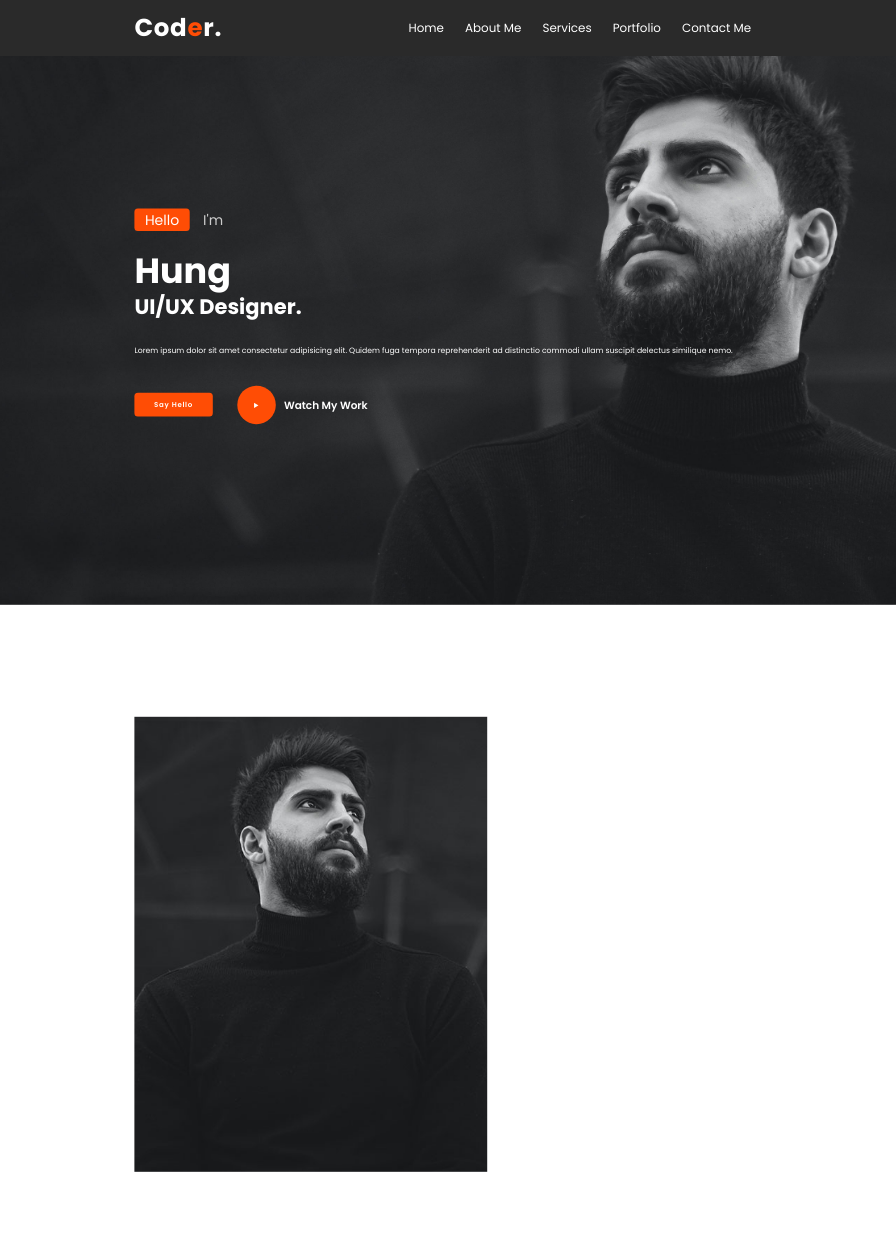
Repository: HungNg99/Protifolio2
Page: Portfolio/index.html
The author's editor kept a copy of each file at every save. The page is drawn from the files as they stood at one save, then again after the next save.
The browser window is 1280 px wide. The pictures show the whole page, at 70% of full size.

Above is the page before, as saved 2022-12-09 10:18:17.

### Portfolio/index.html
<!DOCTYPE html>
<html lang="en">

<head>
    <meta charset="UTF-8">
    <meta http-equiv="X-UA-Compatible" content="IE=edge">
    <meta name="viewport" content="width=device-width, initial-scale=1.0">
    <title>Portfolio</title>
    <link rel="stylesheet" href="./reset.css">
    <link rel="stylesheet" href="./style.css">
    <link rel="stylesheet" href="https://cdnjs.cloudflare.com/ajax/libs/font-awesome/6.2.1/css/all.min.css"
        integrity="sha512-MV7K8+y+gLIBoVD59lQIYicR65iaqukzvf/nwasF0nqhPay5w/9lJmVM2hMDcnK1OnMGCdVK+iQrJ7lzPJQd1w=="
        crossorigin="anonymous" referrerpolicy="no-referrer" />

        <link rel="stylesheet"
        href="https://unpkg.com/boxicons@latest/css/boxicons.min.css">

    <link
        href="https://fonts.googleapis.com/css2?family=Montserrat:wght@800&family=Poppins:ital,wght@0,300;0,400;0,600;0,700;1,600&family=Roboto:wght@300;500&display=swap"
        rel="stylesheet">
</head>

<body>
    <!-- header design-->
    <header>
        <a href="#" class="logo">Cod<span>e</span>r.</a>
        <ul class="nav-list">
            <li><a href="#home" class="nav-link">
                    Home
                </a></li>
            <li><a href="#about" class="nav-link">
                    About Me
                </a></li>
            <li><a href="#services" class="nav-link">
                    Services
                </a></li>
            <li><a href="#portfolio" class="nav-link">
                    Portfolio
                </a></li>
            <li><a href="#contact" class="nav-link">
                    Contact Me
                </a></li>
        </ul>

        <div class="bx bx-menu" id="menu-icon">
        </div>
    </header>

    <!-- home section design -->
    <section class="home" id="home">
       <div class="home-text">
        <div class="slide">
            <span class="one">Hello</span>
            <span class="two">I'm</span>
        </div>
        <h1>Hung</h1>
        <h3>UI/UX <span>Designer.</span> </h3>
        <p>Lorem ipsum dolor sit amet consectetur adipisicing elit. Quidem fuga tempora reprehenderit ad distinctio commodi ullam suscipit delectus similique nemo.</p>
        <div class="button">
            <a href="#" class="btn">Say Hello</a>
            <a href="#" class="btn2"><span><i class='bx bx-play'></i>Watch My Work</span></a>
        </div>
       </div>
    </section>

    <!-- about section design -->
    <section class="about" id="about">
        <div class="about-img">
            <img src="./img/about.jpg" alt="">
        </div>
    </section>
    <script src="./scripts.js"></script>
</body>

</html>

### Portfolio/reset.css
html {
    box-sizing: border-box;
  }
  * {
    margin: 0;
    padding: 0;
  }
  *,
  *:before,
  *:after {
    box-sizing: border-box;
  }
  input,
  textarea,
  select,
  button {
    outline: none;
  }
  input {
    line-height: normal;
  }
  label,
  button {
    cursor: pointer;
  }
  a {
    text-decoration: none;
  }
  img {
    display: block;
    max-width: 100%;
  }
  *,
  *:before,
  *:after {
    box-sizing: border-box;
  }
  /* using rem unit */
  html {
    font-size: 62.5%;
  }
  a {
    text-decoration: none;
  }
  img {
    display: block;
    max-width: 100%;
  }
  body {
    font-family: "Poppins", sans-serif;
    font-size: 16px;
    line-height: 1;
    list-style: none;
    scroll-behavior: smooth;
    /* height: 200vh; */
  }

### Portfolio/style.css
:root {
    --bg-color: #2a2a2a;
    --second-bg-color: #202020;
    --text-color: #fff;
    --second-color: #ccc;
    --main-color: #ff4d05;
    --big-font: 5rem;
    --h2-font: 3rem;
    --p-font: 1.1rem;
}

header {
    position: fixed;
    width: 100%;
    top: 0;
    right: 0;
    z-index: 1000;
    align-items: center;
    justify-content: space-between;
    background: var(--bg-color);
    padding: 22px 15%;
    border-bottom: 1px solid transparent;
    transition: all 0.45s ease;
    display: flex;
    justify-content: space-between;
    align-items: center;
}

.logo {
    color: var(--text-color);
    font-size: 35px;
    font-weight: 700;
    letter-spacing: 1px;
}

.logo span {
    color: var(--main-color);
}

.nav-list {
    display: flex;
    list-style: none;
}

.nav-list .nav-link {
    color: var(--text-color);
    margin: 0 15px;
    font-size: 17px;
    font-weight: 500;
    transition: all 0.45s ease;
}

.nav-list .nav-link:hover {
    color: var(--main-color);
}

.nav-list .nav-link.active {
    color: var(--main-color);
}

#menu-icon {
    color: var(--text-color);
    font-size: 35px;
    z-index: 10001;
    cursor: pointer;
    margin-left: 25px;
    display: none;

}

section {
    padding: 160px 15% 120px;
}

.home {
    position: relative;
    background-image: url(./img/background.jpg);
    background-repeat: no-repeat;
    background-position: center;
    background-size: cover;
    height: 120vh;
    width: 100%;
    display: flex;
    align-items: center;
    justify-content: flex-start;
}

.slide {
    margin-bottom: 30px;
}

.one {
    display: inline-block;
    margin-right: 15px;
    height: 32px;
    padding: 0 15px;
    line-height: 32px;
    font-size: 20px;
    font-weight: 500;
    border-radius: 5px;
    background-color: var(--main-color);
    color: var(--text-color);
}

.two {
    display: inline-block;
    color: var(--second-color);
    font-size: 20px;
    font-weight: 500;
}
.home-text h1 {
    font-size: var(--big-font);
    font-weight: 700;
    color: var(--text-color);
    line-height:1.1;
    margin: 0 0 8px;
}
.home-text h3{
    color: var(--text-color);
    margin: 0 0 35px;
    font-size: 3rem;
    font-weight: 700;
    line-height:1.1;
}
.home-text p{
    color: var(--text-color);
    font-size: var(--p-font);
    line-height:1.8;
    margin-bottom: 40px;
}
.button{
    display:flex;
    align-items: center;
    justify-content: flex-start;
}
.btn{
    display: inline-block;
    padding: 12px 28px;
    background: var(--main-color);
    border-radius: 5px;
    color: var(--text-color);
    font-size:1rem;
    letter-spacing: 1px;
    font-weight: 600;
    transition: all 0.45s ease;
}
.btn:hover{
    transform: scale(1.1);
}
.btn2{
    display: inline-flex;
    align-items: center;
    justify-content: center;
    font-size: 15px;
    font-weight:600;
    color: var(--text-color);
    margin-left: 35px;
}
.btn2 span{
    display: inline-flex;
    align-items: center;
    justify-content: center;
}
.btn2 span i{
    margin-right: 12px;
    height: 55px;
    width: 55px;
    border-radius: 50%;
    display: flex;
    align-items: center;
    justify-content: center;
    transition: all 0.45s ease;
    background-color: var(--main-color);
    color: var(--text-color);
}
.btn2 span i:hover{
    transform: scale(0.9);
}

Loaded but not shown: Portfolio/scripts.js (no copy from this time; the picture is the same without it)

After the next save:
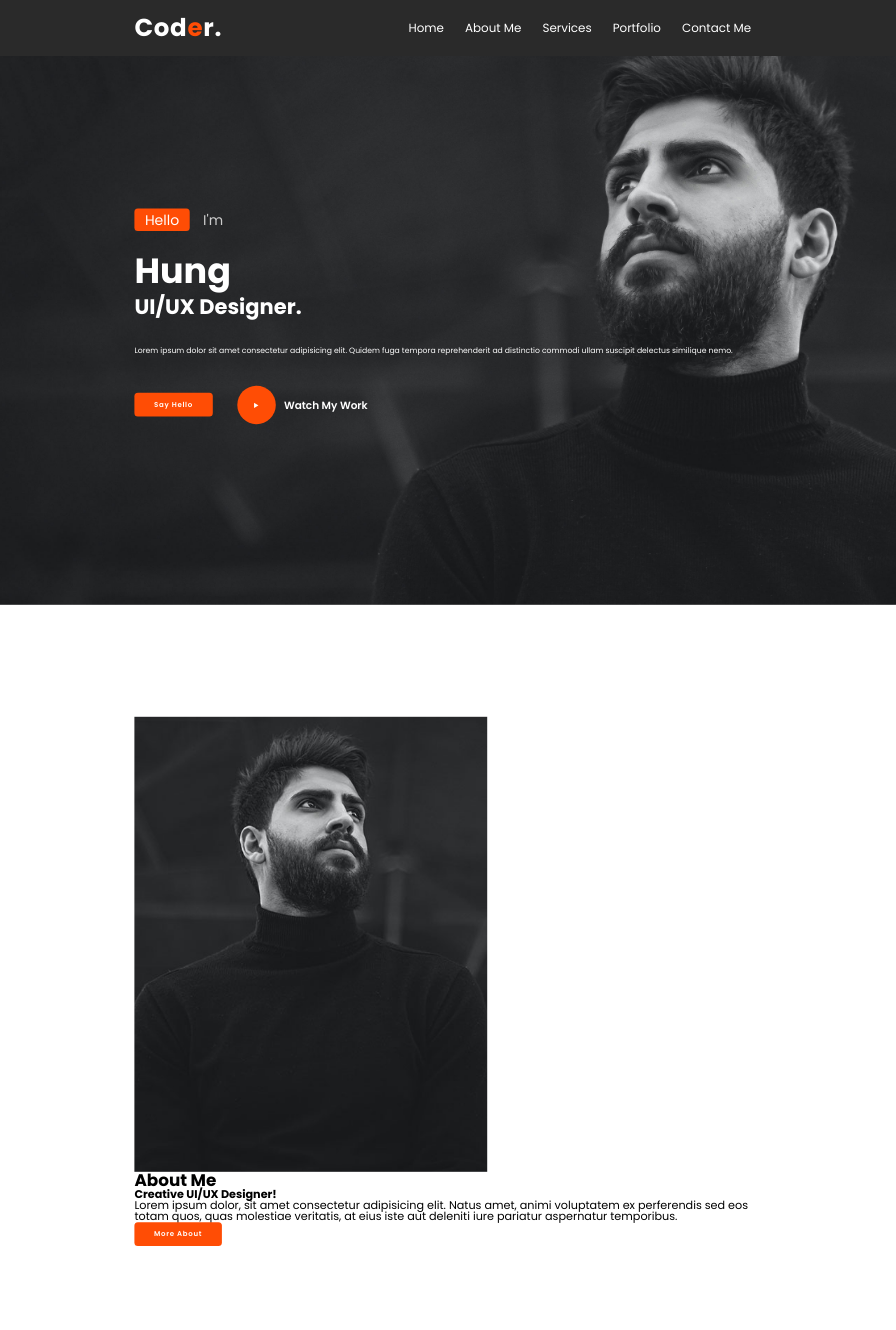
Saved 105 s later.
--- a/Portfolio/index.html
+++ b/Portfolio/index.html
@@ -68,6 +68,12 @@
         <div class="about-img">
             <img src="./img/about.jpg" alt="">
         </div>
+        <div class="about-text">
+            <h2>About <span>Me</span></h2>
+            <h4>Creative UI/UX Designer!</h4>
+            <p>Lorem ipsum dolor, sit amet consectetur adipisicing elit. Natus amet, animi voluptatem ex perferendis sed eos totam quos, quas molestiae veritatis, at eius iste aut deleniti iure pariatur aspernatur temporibus.</p>
+            <a href="#" class="btn">More About</a>
+        </div>
     </section>
     <script src="./scripts.js"></script>
 </body>
